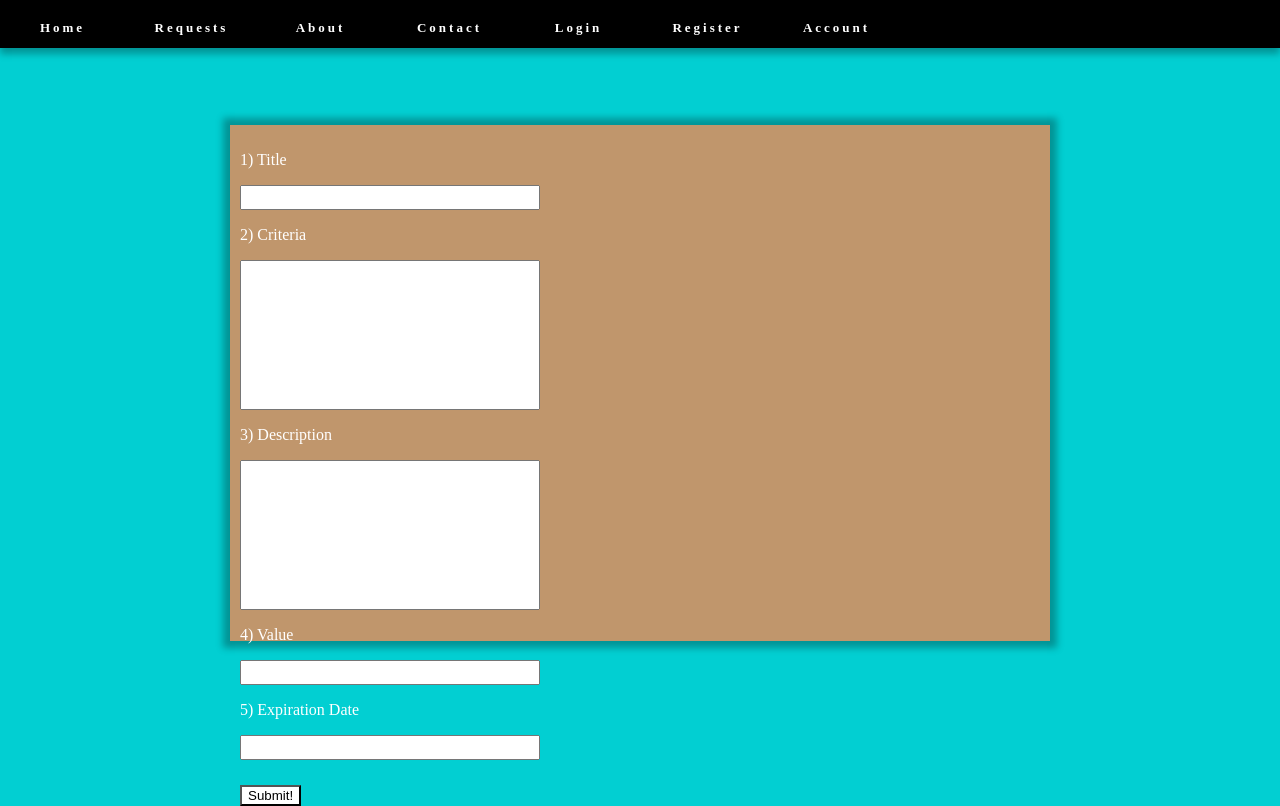
Repository: mailog/Tomorrow
Page: http://localhost/requests
These files come from the project's save history. The page is drawn as it stood at one moment and after the next save; the edit follows.
The browser window is 1280 px wide. The pictures show the whole page.
The page is this project's Thymeleaf template; nobody is signed in. The template is opened directly, without the code that normally fills it, so the values that code supplies are empty.

Above is the page before, as saved 2017-07-30 04:48:41.

### Tomorrow/src/main/resources/templates/requests.html
<html xmlns:th="http://www.thymeleaf.org">
<head>
<title>Requests</title>
<link rel="stylesheet" type="text/css" href="/css/toolbar.css" />
<link rel="stylesheet" type="text/css" href="/css/requests.css" />
<link rel="stylesheet" type="text/css" href="/css/label.css" />
</head>
<body>

<div class = "toolbar">
	<a href = "/">
		<button class = "tool_button"> Home </button>
	</a>
	<a href = "/requests">
		<button class = "tool_button"> Requests </button>
	</a>
	<a href = "/about">
		<button class = "tool_button"> About </button>
	</a>
	<a href = "/contact">
		<button class = "tool_button"> Contact </button>
	</a>
	<a href = "/login">
		<button class = "tool_button"> Login </button>
	</a>
	<a href = "/register">
		<button class = "tool_button"> Register </button>
	</a>
	<a href = "/account">
		<button class = "tool_button"> Account </button>
	</a>
</div>

<div id = "requests">
	<form class = "form-request" action = "#" th:action = "@{/requests}" th:object="${request}" method = "post">
		<div id = "column1">
			<div class = "label">
				<p>1) Title</p>
			</div>
			<input type = "text" class = "inp_title" th:field = "*{title}"/>
			<div class = "label">
				<p>2) Criteria</p>
			</div>
			<input type = "text" class = "inp_criteria" th:field = "*{criteria}"/>
			<div class = "label">
				<p>3) Description</p>
			</div>
			<input type = "text" class = "inp_description" th:field = "*{description}"/>
		</div>
		<div id = "column2">
			<div class = "label">
				<p>4) Value</p>
			</div>
			<input type = "text" class = "inp_value" th:field = "*{value}"/>
			<div class = "label">
				<p>5) Expiration Date </p>
			</div>
			<input type = "text" class = "inp_expiration" th:field = "*{expiration}"/>
			<button class = "submit_button" value = "Submit"> Submit! </button>
		</div>
	</form>
</div>
</body>
</html>

### Tomorrow/src/main/resources/static/css/toolbar.css
/*------------------STATIC------------------*/
/*------------------------------------------*/

/*-------------------BODY-------------------*/

	body{
		background-color: #02CFD2;
		color: white;
	}


/*------------------------------------------*/

/*---------------TOOLBAR--------------------*/
	.toolbar{
		width:100%;
		height: 48px;
		z-index: 1;
		opacity: 1;
		position: absolute;
		left: 0px;
		top: 0px;
		float: center;
		padding 0 0 0 0;
		margin-left:auto;
		margin-right:auto;
		background-color: black;
		-webkit-box-shadow: 0px 6px 7px 0px rgba(0,0,0,0.29);
		-moz-box-shadow: 0px 6px 7px 0px rgba(0,0,0,0.29);
		box-shadow: 0px 6px 7px 0px rgba(0,0,0,0.29);
	}

	.tool_button{
		height: 35px;
		width: 125px;
		display:inline;
		background-color: black;
		color:white;
		padding: 0px;
		font-family: Browalia-New;
		font-size: 13px;
		font-weight:bold;
		letter-spacing: 3px;
		border:none;
		cursor: pointer;
		margin-top: 10px;
		margin-bottom: 6px;
		margin-right: 0px;
		margin-left: 0px;
		border-bottom-style: none;
		text-decoration:none;
	}

	.tool_button:hover{
		text-decoration:none;
		border-bottom-style: solid;
		border-bottom-width:3px;
		border-bottom-color:#FFFFFF;
	}

	.toolbar a{
		text-decoration:none;
	}

/*------------------------------------------*/

/*-----------------BUTTONS------------------*/
	.introbtn{}

	.tutorialbtn{
	}

	.registerbtn{
	}

/*------------------------------------------*/

/*------------------INFO--------------------*/

/*------------------------------------------*/

### Tomorrow/src/main/resources/static/css/requests.css
#requests
{
	background-color:#C0966C;
	position: relative;
	margin: 125px auto;
	color:white;
	height:496px;
	width: 800px;
	padding: 10px;
	-webkit-box-shadow: 0px 0px 7px 7px rgba(0,0,0,0.29);
	-moz-box-shadow: 0px 0px 7px 7px rgba(0,0,0,0.29);
	box-shadow: 0px 0px 7px 7px rgba(0,0,0,0.29);
}

#requests p
{
	display:inline-block;
}

.inp_title
{
	display:inline-block;
	width: 300px;
	height:25px;
}

.inp_criteria
{
	display:inline-block;
	width: 300px;
	height: 150px;
}

.inp_description
{
	display:inline-block;
	width: 300px;
	height: 150px;
}

.inp_value
{
	display:inline-block;
	width:300px;
	height: 25px;
}

.inp_expiration
{
	display:inline-block;
	width:300px;
	height:25px;
}

.submit_button
{
	margin-top: 25px;
	display:block;
	background-color:white;
	color: black;
	cursor:pointer;
	text-decoration:none;
}

### Tomorrow/src/main/resources/static/css/label.css
#about
{
	background-color:#C0966C;
	position: relative;
	margin: 125px auto;
	color:white;
	height:496px;
	width: 800px;
	padding: 10px;
	-webkit-box-shadow: 0px 0px 7px 7px rgba(0,0,0,0.29);
	-moz-box-shadow: 0px 0px 7px 7px rgba(0,0,0,0.29);
	box-shadow: 0px 0px 7px 7px rgba(0,0,0,0.29);
}

After the next save:
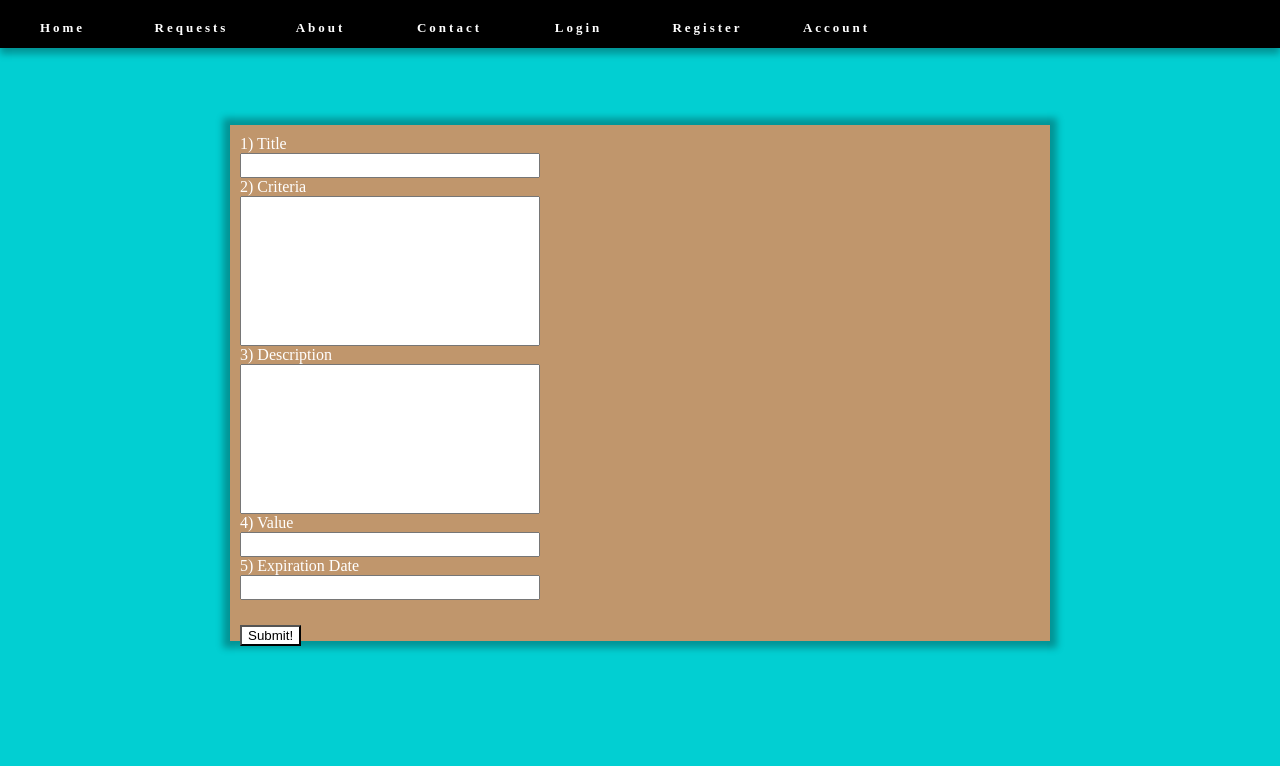
Saved 6 min 48 s later.
--- a/Tomorrow/src/main/resources/static/css/requests.css
+++ b/Tomorrow/src/main/resources/static/css/requests.css
@@ -14,7 +14,7 @@
 
 #requests p
 {
-	display:inline-block;
+	display:inline;
 }
 
 .inp_title

After the save that followed:
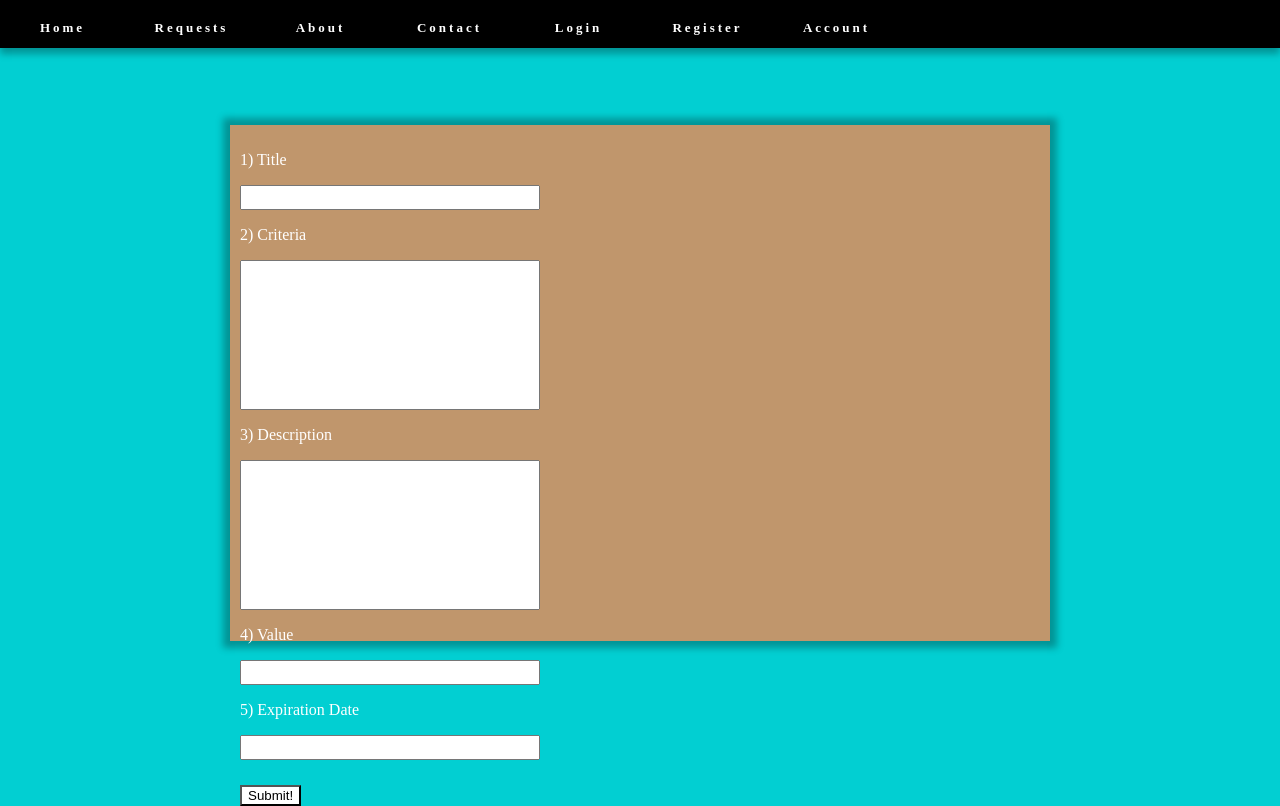
Saved 76 s later.
--- a/Tomorrow/src/main/resources/static/css/requests.css
+++ b/Tomorrow/src/main/resources/static/css/requests.css
@@ -14,40 +14,40 @@
 
 #requests p
 {
-	display:inline;
+	display:inline-block;
 }
 
 .inp_title
 {
-	display:inline-block;
+	display:block;
 	width: 300px;
 	height:25px;
 }
 
 .inp_criteria
 {
-	display:inline-block;
+	display:block;
 	width: 300px;
 	height: 150px;
 }
 
 .inp_description
 {
-	display:inline-block;
+	display:block;
 	width: 300px;
 	height: 150px;
 }
 
 .inp_value
 {
-	display:inline-block;
+	display:block;
 	width:300px;
 	height: 25px;
 }
 
 .inp_expiration
 {
-	display:inline-block;
+	display:block;
 	width:300px;
 	height:25px;
 }
